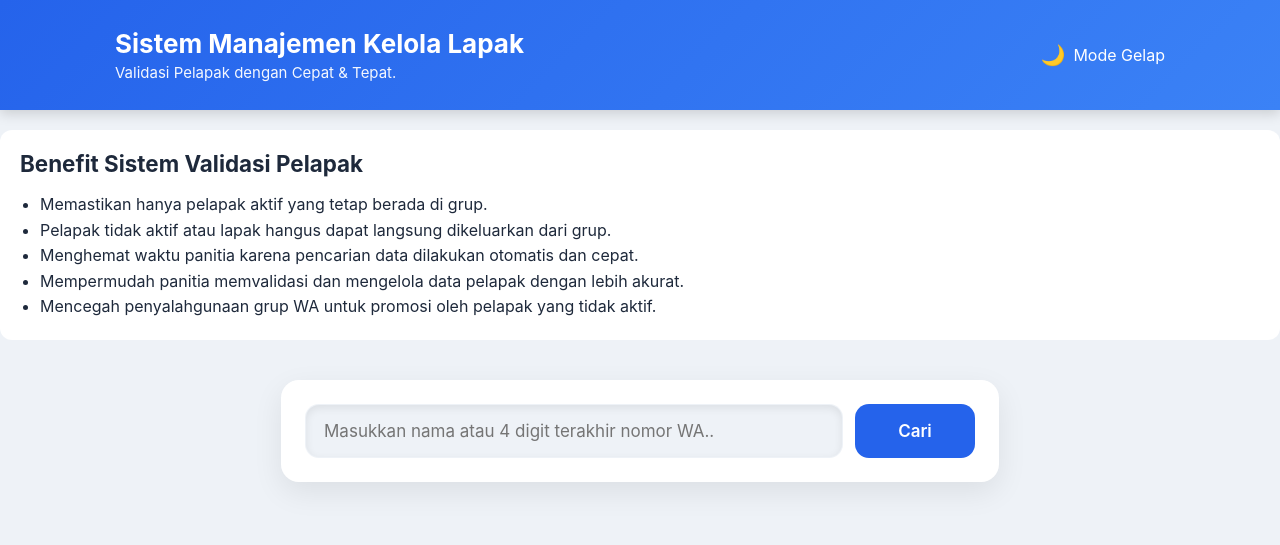
Repository: pasarrakyatbak/ceklapak
Page: index.html
An editor plug-in stored every save of this project. The page is shown before and after the next save, followed by the edit.
The browser window is 1280 px wide. The pictures show the whole page.

Above is the page before, as saved 2025-11-19 06:53:50.

### index.html
<!DOCTYPE html>
<html lang="id">

<head>
    <meta charset="UTF-8" />
    <meta name="viewport" content="width=device-width, initial-scale=1.0" />
    <title>Pencarian Pelapak UMKM</title>
    <link rel="stylesheet" href="style.css" />
</head>

<body>
    <header>
        <div class="header-inner">
            <div class="header-text">
                <h1>Sistem Manajemen Kelola Lapak</h1>
                <p class="desc">
                    Validasi Pelapak dengan Cepat & Tepat.
                </p>
            </div>

            <div class="controls">
                <label class="theme-toggle" aria-label="Toggle dark mode">
                    <input id="themeToggle" type="checkbox" />
                    <span class="toggle-icon">🌙</span>
                    <span class="toggle-text">Mode Gelap</span>
                </label>
            </div>
        </div>
    </header>
    <section class="benefit-section">
        <h2>Benefit Sistem Validasi Pelapak</h2>
        <ul class="benefit-list">
            <li>Memastikan hanya pelapak aktif yang tetap berada di grup.</li>
            <li>Pelapak tidak aktif atau lapak hangus dapat langsung dikeluarkan dari grup.</li>
            <li>Menghemat waktu panitia karena pencarian data dilakukan otomatis dan cepat.</li>
            <li>Mempermudah panitia memvalidasi dan mengelola data pelapak dengan lebih akurat.</li>
            <li>Mencegah penyalahgunaan grup WA untuk promosi oleh pelapak yang tidak aktif.</li>
        </ul>
    </section>

    <main>
        <section class="search-card">
            <div class="search-box">
                <input type="text" id="queryInput" placeholder="Masukkan nama atau 4 digit terakhir nomor WA.."
                    autocomplete="off" aria-label="Kolom pencarian pelapak" />
                <button id="searchBtn" aria-label="Tombol cari pelapak">Cari</button>
            </div>
        </section>

        <!-- RESULT BOX -->
        <section>
            <div id="resultBox" class="result-box hidden" role="region" aria-live="polite"></div>
        </section>

        <!-- LOADING SPINNER -->
        <div id="loader" class="loader hidden" aria-hidden="true"></div>

        <!-- SKELETON LOADING -->
        <div id="skeletonBox" class="skeleton-box hidden" aria-hidden="true">
            <div class="skeleton-item"></div>
            <div class="skeleton-item"></div>
            <div class="skeleton-item"></div>
        </div>
    </main>

    <script src="app.js"></script>
</body>

</html>

### style.css
/* === Color variables === */
:root {
    --bg: #eef2f7;
    --card: #ffffff;
    --text: #1e293b;
    --muted: #64748b;
    --primary: #2563eb;
    --primary-light: #3b82f6;
    --shadow: rgba(0, 0, 0, 0.08);

    --font-lg: 17px;
    --font-base: 16px;
    --font-sm: 14px;
}

body.dark {
    --bg: #0d1117;
    --card: #161b22;
    --text: #e5e7eb;
    --muted: #9ca3af;
    --primary: #3b82f6;
    --primary-light: #60a5fa;
    --shadow: rgba(0, 0, 0, 0.45);
}

/* === Base === */
* {
    margin: 0;
    padding: 0;
    box-sizing: border-box;
    font-family: "Inter", system-ui, sans-serif;
}

body {
    background: var(--bg);
    color: var(--text);
    transition: 0.3s ease;
    padding-bottom: 40px;
}

/* === Header === */
header {
    background: linear-gradient(135deg, var(--primary), var(--primary-light));
    padding: 28px 20px;
    color: white;
    box-shadow: 0 4px 12px rgba(0, 0, 0, 0.15);
}

.header-inner {
    max-width: 1050px;
    margin: auto;
    display: flex;
    justify-content: space-between;
    align-items: center;
}

header h1 {
    font-size: 26px;
    font-weight: 700;
}

.desc {
    font-size: 15px;
    opacity: 0.95;
    margin-top: 4px;
}

/* === Dark mode toggle === */
.theme-toggle {
    display: flex;
    align-items: center;
    gap: 8px;
    cursor: pointer;
    user-select: none;
}

.theme-toggle input {
    display: none;
}

.toggle-icon {
    font-size: 20px;
}

.toggle-text {
    font-size: 16px;
}

/* === Search Card === */
main {
    max-width: 750px;
    margin: 40px auto;
    padding: 0 16px;
}

.search-card {
    background: var(--card);
    padding: 24px;
    border-radius: 18px;
    box-shadow: 0 10px 30px var(--shadow);
    backdrop-filter: blur(4px);
}

/* search box */
.search-box {
    display: flex;
    gap: 12px;
}

.search-box input {
    flex: 1;
    padding: 16px 18px;
    border-radius: 14px;
    border: 1px solid transparent;
    background: var(--bg);
    color: var(--text);
    font-size: 17px;
    box-shadow: inset 0 3px 8px var(--shadow);
    transition: 0.2s;
}

.search-box input:focus {
    border-color: var(--primary);
    outline: none;
}

.search-box button {
    padding: 16px 20px;
    background: var(--primary);
    color: white;
    font-size: 17px;
    font-weight: 600;
    border: none;
    border-radius: 14px;
    cursor: pointer;
    transition: 0.2s;
    min-width: 120px;
}

.search-box button:hover {
    background: var(--primary-light);
    transform: translateY(-2px);
}

/* === Result Box === */
.result-box {
    margin-top: 28px;
}

/* result card improved */
.result-item {
    background: var(--card);
    padding: 22px;
    margin-bottom: 16px;
    border-radius: 16px;
    box-shadow: 0 6px 18px var(--shadow);
    border-left: 6px solid var(--primary);
    transition: 0.2s ease;
}

.result-item:hover {
    transform: translateY(-3px);
}

.result-item strong {
    color: var(--primary);
    font-size: 18px;
}

.result-item div {
    font-size: 17px;
    margin-bottom: 6px;
}

.small {
    margin-top: 6px;
    font-size: 15px;
    color: var(--muted);
}

.benefit-section {
    margin: 20px 0;
    padding: 20px;
    background: var(--card);
    border-radius: 12px;
    box-shadow: var(--shadow);
}

.benefit-section h2 {
    margin-bottom: 15px;
    font-size: 1.4rem;
}

.benefit-list {
    list-style: disc;
    margin-left: 20px;
    line-height: 1.6;
}

/* === BADGE STYLING === */
.badge {
    display: inline-block;
    padding: 6px 12px;
    border-radius: 10px;
    font-size: 15px;
    font-weight: 600;
    margin-left: 6px;
    color: white;
}

/* Light Mode Colors */
body:not(.dark) .badge-name {
    background: #1e40af;
    /* blue-800 */
}

body:not(.dark) .badge-wa {
    background: #166534;
    /* green-800 */
}

body:not(.dark) .badge-lapak {
    background: #334155;
    /* slate-700 */
}

/* Dark Mode Colors – dibuat sedikit lebih terang agar tetap terlihat */
body.dark .badge-name {
    background: #3b82f6;
    /* blue-500 */
}

body.dark .badge-wa {
    background: #22c55e;
    /* green-500 */
}

body.dark .badge-lapak {
    background: #64748b;
    /* slate-500 */
}

/* === Skeleton Loader === */
.skeleton-box {
    margin-top: 25px;
}

.skeleton-item {
    height: 90px;
    background: linear-gradient(90deg,
            var(--card) 0%,
            var(--bg) 50%,
            var(--card) 100%);
    background-size: 200% 100%;
    border-radius: 16px;
    margin-bottom: 16px;
    animation: shimmer 1.4s infinite;
}

@keyframes shimmer {
    0% {
        background-position: -200% 0;
    }

    100% {
        background-position: 200% 0;
    }
}

/* === Loader === */
.loader {
    width: 42px;
    height: 42px;
    border: 4px solid transparent;
    border-top-color: var(--primary);
    border-right-color: var(--primary-light);
    border-radius: 50%;
    animation: spin 0.75s linear infinite;
    margin: 28px auto;
}

@keyframes spin {
    to {
        transform: rotate(360deg);
    }
}

.hidden {
    display: none !important;
    opacity: 0 !important;
}


/* === Responsive (tablet + mobile) === */
@media (max-width: 768px) {
    header h1 {
        font-size: 22px;
    }

    .search-card {
        padding: 20px;
    }

    .result-item {
        padding: 20px;
    }

    .result-item strong {
        font-size: 17px;
    }
}

@media (max-width: 480px) {

    .header-inner {
        flex-direction: column;
        align-items: flex-start;
        gap: 12px;
    }

    .search-box {
        flex-direction: column;
    }

    .search-box input,
    .search-box button {
        width: 100%;
        font-size: 16px;
    }

    .result-item div {
        font-size: 16px;
    }

    .result-item strong {
        font-size: 17px;
    }
}

### app.js
// === CONFIG ===
const API_URL = "https://script.google.com/macros/s/AKfycby4z2qZ24SrJkcyGpybH29lSUC_3_z1LG-7wSmTzpaOEXrwjXf0Cl3hqkg95qAxPj1-/exec";

// DOM
const searchBtn = document.getElementById("searchBtn");
const queryInput = document.getElementById("queryInput");
const resultBox = document.getElementById("resultBox");
const themeToggle = document.getElementById("themeToggle");
const toggleText = document.querySelector(".toggle-text");
const toggleIcon = document.querySelector(".toggle-icon");
const skeletonBox = document.getElementById("skeletonBox");
const loader = document.getElementById("loader");

// Load saved theme
if (localStorage.getItem("theme") === "dark") {
    document.body.classList.add("dark");
    themeToggle.checked = true;
    toggleText.textContent = "Mode Terang";
    toggleIcon.textContent = "☀️";
}

themeToggle.addEventListener("change", () => {
    if (themeToggle.checked) {
        document.body.classList.add("dark");
        toggleText.textContent = "Mode Terang";
        toggleIcon.textContent = "☀️";
        localStorage.setItem("theme", "dark");
    } else {
        document.body.classList.remove("dark");
        toggleText.textContent = "Mode Gelap";
        toggleIcon.textContent = "🌙";
        localStorage.setItem("theme", "light");
    }
});
// Search
searchBtn.addEventListener("click", searchData);
queryInput.addEventListener("keypress", e => e.key === "Enter" && searchData());

// Clean
function cleanNumber(input) {
    return input.replace(/\s|\.|-|\(|\)|\+/g, "");
}

function normalizePhone(phone) {
    if (!phone) return "";
    const digits = phone.replace(/[^0-9]/g, "");
    if (!digits) return "";
    if (digits.startsWith("0")) return digits;
    return "0" + digits;
}

// Main search
function searchData() {
    const raw = queryInput.value.trim();

    // Jika input kosong → matikan loader & skeleton
    if (!raw) {
        hideSkeleton();
        hideLoader();
        return renderError("Masukkan nama atau angka.");
    }

    showSkeleton();
    showLoader();

    const onlyDigits = cleanNumber(raw);
    const is4 = /^\d{4}$/.test(onlyDigits);
    const q = is4 ? onlyDigits : raw.toLowerCase();

    fetch(`${API_URL}?q=${encodeURIComponent(q)}`)
        .then(res => res.json())
        .then(data => {
            hideSkeleton();
            hideLoader();

            if (!data || data.status === "error")
                return renderError(data?.pesan || "Tidak ditemukan.");

            const normalized = (data.hasil || []).map(item => ({
                nama: item.nama,
                nomor_whatsapp: normalizePhone(item.nomor_whatsapp || ""),
                nomor_lapak: item.nomor_lapak || "Tidak ada",
                baris: item.baris
            }));

            renderResults(normalized);
        })
        .catch(() => {
            hideSkeleton();
            hideLoader();
            renderError("Server tidak merespon.");
        });
}


function renderResults(results) {
    resultBox.classList.remove("hidden");

    if (!results.length) {
        resultBox.innerHTML = `<p class="empty">Tidak ada hasil.</p>`;
        return;
    }

    let html = "";
    results.forEach(r => {
        html += `
<div class="result-item">
    <div><strong>Nama:</strong>
        <span class="badge badge-name">${escape(r.nama)}</span>
    </div>

    <div><strong>Nomor WhatsApp:</strong>
        <span class="badge badge-wa">${escape(r.nomor_whatsapp)}</span>
    </div>

    <div class="small"><strong>Nomor Lapak:</strong>
        <span class="badge badge-lapak">${escape(r.nomor_lapak)}</span>
    </div>
</div>`;
    });

    resultBox.innerHTML = html;
}

function renderError(msg) {
    resultBox.classList.remove("hidden");
    resultBox.innerHTML = `<p style="color:var(--primary);font-weight:600">${escape(msg)}</p>`;
}

function escape(s) {
    return String(s || "—")
        .replace(/&/g, "&amp;")
        .replace(/</g, "&lt;")
        .replace(/>/g, "&gt;");
}

function showSkeleton() {
    skeletonBox.classList.remove("hidden");
    resultBox.classList.add("hidden");
}

function hideSkeleton() {
    skeletonBox.classList.add("hidden");
}

function showLoader() {
    loader.classList.remove("hidden");
    resultBox.classList.add("hidden");
}

function hideLoader() {
    loader.classList.add("hidden");
}

After the next save:
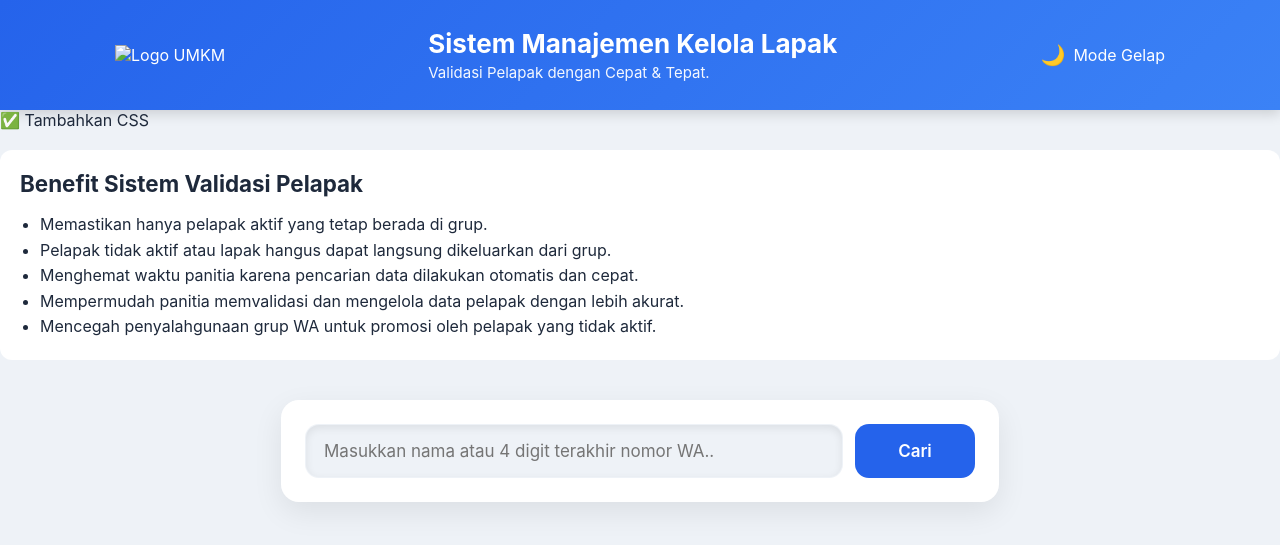
Not found: logo.png
Saved 102 s later.
--- a/index.html
+++ b/index.html
@@ -11,6 +11,12 @@
 <body>
     <header>
         <div class="header-inner">
+
+            <!-- LOGO UMKM -->
+            <div class="logo-box">
+                <img src="logo.png" alt="Logo UMKM" class="logo">
+            </div>
+
             <div class="header-text">
                 <h1>Sistem Manajemen Kelola Lapak</h1>
                 <p class="desc">
@@ -27,6 +33,8 @@
             </div>
         </div>
     </header>
+
+    ✅ Tambahkan CSS
     <section class="benefit-section">
         <h2>Benefit Sistem Validasi Pelapak</h2>
         <ul class="benefit-list">
